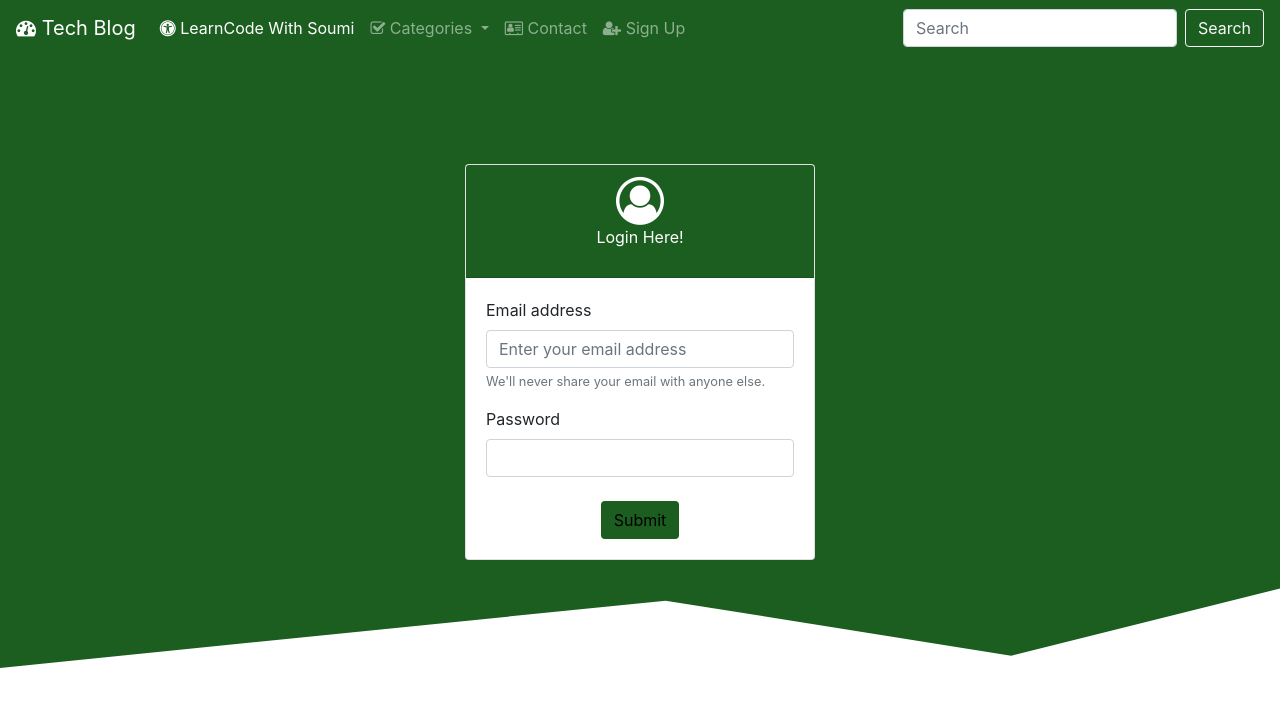
Repository: soumisen2508/Projetcs
Page: http://localhost/mytechblog/login_page.jsp
These files come from the project's save history. The page is drawn as it stood at one moment and after the next save; the edit follows.
The browser window is 1280 px wide. The pictures show the whole page.
Some web libraries are served in a nearby version. The page is served by Tomcat 9. Other server files are loaded and not shown.

Above is the page before, as saved 2024-01-01 12:19:49.

### techblog/mytechblog/src/main/webapp/login_page.jsp
<%@ page language="java" contentType="text/html; charset=ISO-8859-1"
    pageEncoding="ISO-8859-1"%>
    <%@ page import = "com.project.mytechblog.entities.Message" %>
<!DOCTYPE html PUBLIC "-//W3C//DTD HTML 4.01 Transitional//EN" "http://www.w3.org/TR/html4/loose.dtd">
<html>
<head>
<meta http-equiv="Content-Type" content="text/html; charset=ISO-8859-1">
<title>Login Page</title>
<!--css-->
<link rel="stylesheet" href="https://cdn.jsdelivr.net/npm/bootstrap@4.0.0/dist/css/bootstrap.min.css" integrity="sha384-Gn5384xqQ1aoWXA+058RXPxPg6fy4IWvTNh0E263XmFcJlSAwiGgFAW/dAiS6JXm" crossorigin="anonymous">
<link href="css/mystyle.css" rel="stylesheet" type="text/css"/>
<link rel="stylesheet" href="https://cdnjs.cloudflare.com/ajax/libs/font-awesome/4.7.0/css/font-awesome.min.css">

<style>
.banner-background{
clip-path: polygon(38% 0, 70% 0%, 100% 0, 100% 87%, 79% 98%, 52% 89%, 0 100%, 0 0);
}
</style>
</head>
<body>

<!-- navbar -->

<%@ include file = "normal_navbar.jsp" %>
<main class = "d-flex align-items-center primary-background banner-background" style = "height:85vh">
<div class = "container">
<div class = "row">
<div class = "col-md-4 offset-md-4">
<div class = "card">
<div class = "card-header primary-background text-white text-center">
<span class = "fa fa-user-circle-o fa-3x"></span>
<br>
<p>Login Here!</p>
</div>

<%
Message msg = (Message)session.getAttribute("msg");
if(msg != null)
{
	%>
	<div class="alert <%=msg.getCssClass() %>" role="alert">
  <%= msg.getContent() %>
    </div>
	<%
	session.removeAttribute("msg");
}
%>

<div class = "card-body">
<form action = "LoginServlet" method = "post">
  <div class="form-group">
    <label for="email">Email address</label>
    <input name = "user_email" reuired type="email" class="form-control" id="email1" placeholder="Enter your email address">
    <small id="emailHelp" class="form-text text-muted">We'll never share your email with anyone else.</small>
  </div>
  <div class="form-group">
    <label for="password">Password</label>
    <input name = "user_password" required type="password" class="form-control" id="password">
    </div>
  <div class = "container text-center mt-4">
  <button type="submit" class="btn primary-background">Submit</button>
  </div>
</form>
</div>
</div>
</div>
</div>

</div>
</main>
<!-- javascripts -->
<script src="https://code.jquery.com/jquery-3.7.1.min.js" integrity="sha256-/JqT3SQfawRcv/BIHPThkBvs0OEvtFFmqPF/lYI/Cxo=" crossorigin="anonymous"></script>
<script src="https://cdn.jsdelivr.net/npm/popper.js@1.12.9/dist/umd/popper.min.js" integrity="sha384-ApNbgh9B+Y1QKtv3Rn7W3mgPxhU9K/ScQsAP7hUibX39j7fakFPskvXusvfa0b4Q" crossorigin="anonymous"></script>
<script src="https://cdn.jsdelivr.net/npm/bootstrap@4.0.0/dist/js/bootstrap.min.js" integrity="sha384-JZR6Spejh4U02d8jOt6vLEHfe/JQGiRRSQQxSfFWpi1MquVdAyjUar5+76PVCmYl" crossorigin="anonymous"></script>
<script src="js/myjs.js" type="text/javascript"></script>

</body>
</html>

### techblog/mytechblog/src/main/webapp/normal_navbar.jsp
<nav class="navbar navbar-expand-lg navbar-dark primary-background">
  <a class="navbar-brand" href="index.jsp"><span class = "fa fa-dashboard"></span>  Tech Blog</a>
  <button class="navbar-toggler" type="button" data-toggle="collapse" data-target="#navbarSupportedContent" aria-controls="navbarSupportedContent" aria-expanded="false" aria-label="Toggle navigation">
    <span class="navbar-toggler-icon"></span>
  </button>

  <div class="collapse navbar-collapse" id="navbarSupportedContent">
    <ul class="navbar-nav mr-auto">
      <li class="nav-item active">
        <a class="nav-link" href="#"><span class = "fa fa-universal-access"></span>  LearnCode With Soumi <span class="sr-only">(current)</span></a>
      </li>
      <li class="nav-item dropdown">
        <a class="nav-link dropdown-toggle" href="#" id="navbarDropdown" role="button" data-toggle="dropdown" aria-haspopup="true" aria-expanded="false">
          <span class = "fa fa-check-square-o"></span>   Categories
        </a>
        <div class="dropdown-menu" aria-labelledby="navbarDropdown">
          <a class="dropdown-item" href="#">Programming Language</a>
          <a class="dropdown-item" href="#">Project Implementation</a>
          <div class="dropdown-divider"></div>
          <a class="dropdown-item" href="#">Data Structure</a>
        </div>
      </li>
      <li class="nav-item">
        <a class="nav-link" href="#"><span class = "fa fa-address-card-o"></span>  Contact</a>
      </li>
      <li class="nav-item">
        <a class="nav-link" href="register_page.jsp"><span class = "fa fa-user-plus"></span>  Sign Up</a>
      </li>
    </ul>
    <form class="form-inline my-2 my-lg-0">
      <input class="form-control mr-sm-2" type="search" placeholder="Search" aria-label="Search">
      <button class="btn btn-outline-light my-2 my-sm-0" type="submit">Search</button>
    </form>
  </div>
</nav>

### techblog/mytechblog/src/main/webapp/css/mystyle.css
@charset "ISO-8859-1";

:root {
  --blue: #007bff;
  --indigo: #6610f2;
  --purple: #6f42c1;
  --pink: #e83e8c;
  --red: #dc3545;
  --orange: #fd7e14;
  --yellow: #ffc107;
  --green: #28a745;
  --teal: #20c997;
  --cyan: #17a2b8;
  --white: #fff;
  --gray: #6c757d;
  --gray-dark: #343a40;
  --primary: #1B5E20;
  --secondary: #6c757d;
  --success: #28a745;
  --info: #17a2b8;
  --warning: #ffc107;
  --danger: #dc3545;
  --light: #f8f9fa;
  --dark: #343a40;
  --breakpoint-xs: 0;
  --breakpoint-sm: 576px;
  --breakpoint-md: 768px;
  --breakpoint-lg: 992px;
  --breakpoint-xl: 1200px;
  --font-family-sans-serif: -apple-system, BlinkMacSystemFont, "Segoe UI", Roboto, "Helvetica Neue", Arial, sans-serif, "Apple Color Emoji", "Segoe UI Emoji", "Segoe UI Symbol";
  --font-family-monospace: SFMono-Regular, Menlo, Monaco, Consolas, "Liberation Mono", "Courier New", monospace;
}



.primary-background{
	background: var(--primary) !important;
}

#profile-sidebar a.active {
	background-color: var(--primary) !important;
	border-color: var(--primary) !important;
}

Loaded but not shown: techblog/mytechblog/src/main/webapp/js/myjs.js (no copy from this time; the picture is the same without it)

After the next save:
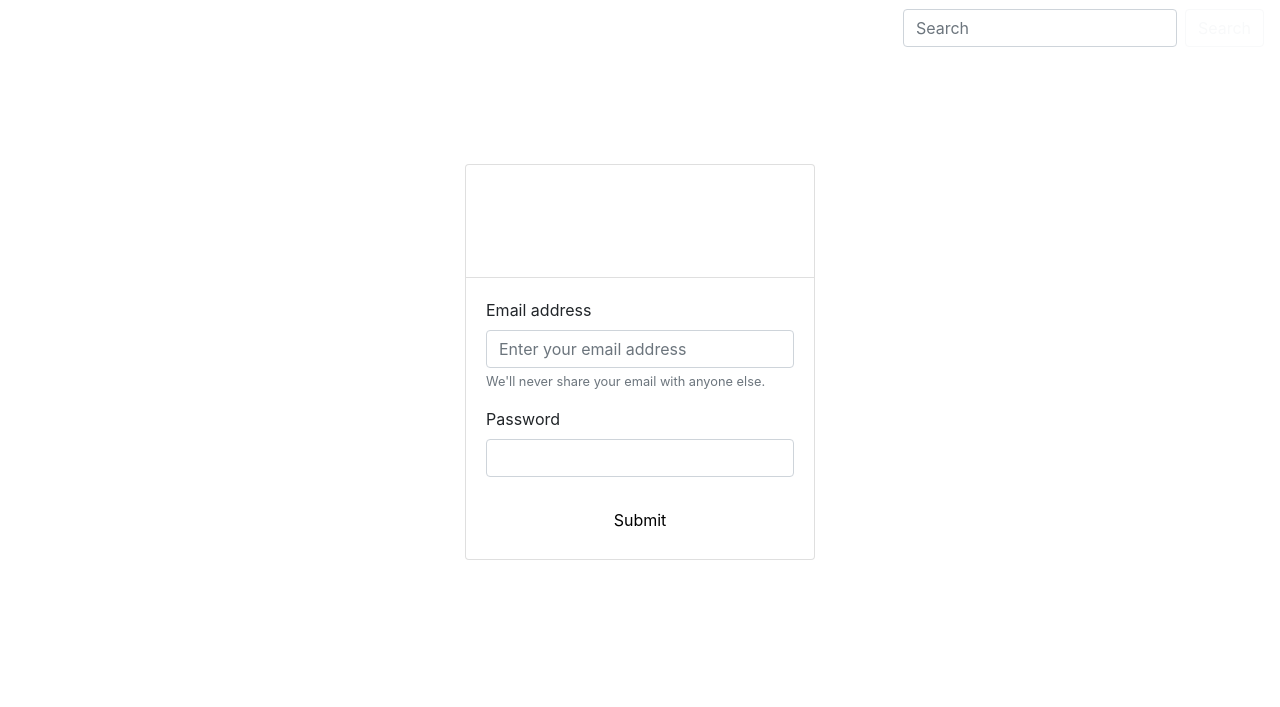
Saved 3 min 10 s later.
--- a/techblog/mytechblog/src/main/webapp/css/mystyle.css
+++ b/techblog/mytechblog/src/main/webapp/css/mystyle.css
@@ -14,7 +14,7 @@
   --white: #fff;
   --gray: #6c757d;
   --gray-dark: #343a40;
-  --primary: #1B5E20;
+  --primary: #red;
   --secondary: #6c757d;
   --success: #28a745;
   --info: #17a2b8;
